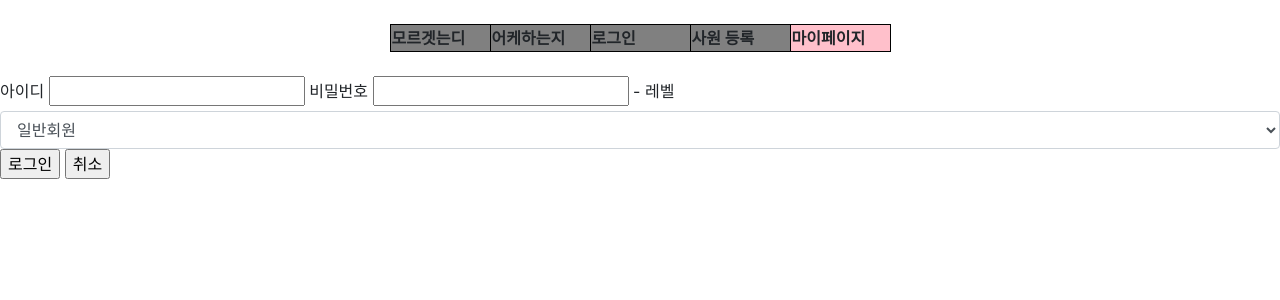
Repository: yjeongyjeong/jsp
Page: http://localhost/Practice_09/login.do
An editor plug-in stored every save of this project. The page is shown before and after the next save, followed by the edit.
The browser window is 1280 px wide. The pictures show the whole page.
The page is served by Tomcat 9. Other server files are loaded and not shown.

Above is the page before, as saved 2023-10-17 08:52:42.

### Practice_09/src/main/webapp/member/login.jsp
<%@ page language="java" contentType="text/html; charset=UTF-8"
	pageEncoding="UTF-8"%>
<!DOCTYPE html>
<html>
<head>
<meta charset="UTF-8">
<link rel="stylesheet"
	href="https://cdn.jsdelivr.net/npm/bootstrap@4.6.2/dist/css/bootstrap.min.css">
<script
	src="https://cdn.jsdelivr.net/npm/jquery@3.6.4/dist/jquery.slim.min.js"></script>
<script
	src="https://cdn.jsdelivr.net/npm/popper.js@1.16.1/dist/umd/popper.min.js"></script>
<script
	src="https://cdn.jsdelivr.net/npm/bootstrap@4.6.2/dist/js/bootstrap.bundle.min.js"></script>

<title>Insert title here</title>
</head>
<body>
<%@ include file="loginHeader.jsp"%>
<!--
th : header in a table
tr : row in a table
td : cell in a table
 -->
	<form action="login.do" method="post">


			<label for="id">아이디</label>
			<input type="text" name="id" id="id">
			<label for="pwd">비밀번호</label>
			<input type="password" name="pwd" id="pwd">
- 			<label for="lev">레벨</label>
      		<select class="form-control" id="lev" name="lev">
        	<option value="0">일반회원</option>
	        <option value="1">관리자</option>
    		</select>

 			<input type="submit" value="로그인">
			<input type="reset" value="취소">

	</form>
</body>
</html>

### Practice_09/src/main/webapp/member/loginHeader.jsp
<%@ page language="java" contentType="text/html; charset=UTF-8"
    pageEncoding="UTF-8"%>
<style>
table, th, td {
  border: 1px solid black;
}
th{ /* 사이즈 어케주냐... */
width: 100px;
}
table {
    margin-left:auto;
    margin-right:auto;
}
</style>
<br>
<table>
  <colgroup>
    <col span="4" style="background-color:gray">
    <col style="background-color:pink">
  </colgroup>
  <tr>
  	<th>모르겟는디</th>
   	<th>어케하는지</th>
    <th>로그인</th>
    <th>사원 등록</th>
    <th>마이페이지</th>
 </table>
<br>

### Practice_09/src/main/java/com/magic/Controller/LoginServlet.java
package com.magic.Controller;

import java.io.IOException;
import java.sql.Connection;

import javax.naming.Context;
import javax.naming.InitialContext;
import javax.servlet.RequestDispatcher;
import javax.servlet.ServletException;
import javax.servlet.annotation.WebServlet;
import javax.servlet.http.HttpServlet;
import javax.servlet.http.HttpServletRequest;
import javax.servlet.http.HttpServletResponse;
import javax.servlet.http.HttpSession;
import javax.sql.DataSource;

import com.magic.dao.EmployeesDAO.EmployeesDAO;
import com.magic.dto.EmployeesVO.EmployeesVO;


@WebServlet("/login.do")
public class LoginServlet extends HttpServlet {
	private static final long serialVersionUID = 1L;
	protected void doGet(HttpServletRequest request, HttpServletResponse response) throws ServletException, IOException {
		RequestDispatcher dis = request.getRequestDispatcher("member/login.jsp");
		dis.forward(request, response);
	}


	protected void doPost(HttpServletRequest request, HttpServletResponse response) throws ServletException, IOException {
		request.setCharacterEncoding("utf-8");
		String id = request.getParameter("id");
		String pwd = request.getParameter("pwd");
		String lev = request.getParameter("lev");
		String url = "member/login.jsp";

		EmployeesDAO mDao = EmployeesDAO.getInstance();
		/* 로그인 시 result 값에 따라 회원 구별
		 * 1 = 로그인 성공
		 * 0 = 암호 틀림
		 * -1 아이디 없음!!*/
		int result = mDao.userCheck(id, pwd);
		if( result == 1 ) {
			EmployeesVO vo = mDao.getEmployees(id); //getEmployees도 vo로 회원정보를 가져옴
			//로그인이 되는 회원이니까 브라우저가 꺼질 때까지 세션을 가져와서 유지되도록 함
			HttpSession session = request.getSession();
			session.setAttribute("loginUser", vo); //vo라는 애한테 loginUser라는 이름을 붙여서 세션에 저장!-> attribute는 세션에 저장이 가능하고 parameter는 request에만 저장이 가능함
			request.setAttribute("message", "이 메세지는 언제 출력이 될까요? 필요가 있는 메세지일까요?");
			url = "member/main.jsp";
		} else if ( result == 0 ) { //아이디가 DB에 있지만 pwd가 다를 떄
			request.setAttribute("message", "비밀번호가 일치하지 않습니다.");
		} else if( result == -1 ) { //아이디가 존재하지 않을 때
			request.setAttribute("message", "아이디가 존재하지 않습니다.");
		}

		RequestDispatcher dis = request.getRequestDispatcher(url);
		dis.forward(request, response);


	}
}

After the next save:
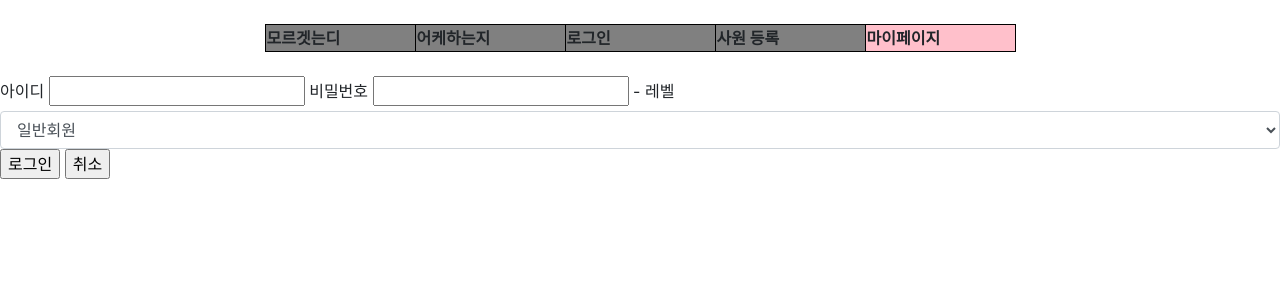
Saved 15 s later.
--- a/Practice_09/src/main/webapp/member/loginHeader.jsp
+++ b/Practice_09/src/main/webapp/member/loginHeader.jsp
@@ -5,7 +5,7 @@ table, th, td {
   border: 1px solid black;
 }
 th{ /* 사이즈 어케주냐... */
-width: 100px;
+width: 150px;
 }
 table {
     margin-left:auto;
